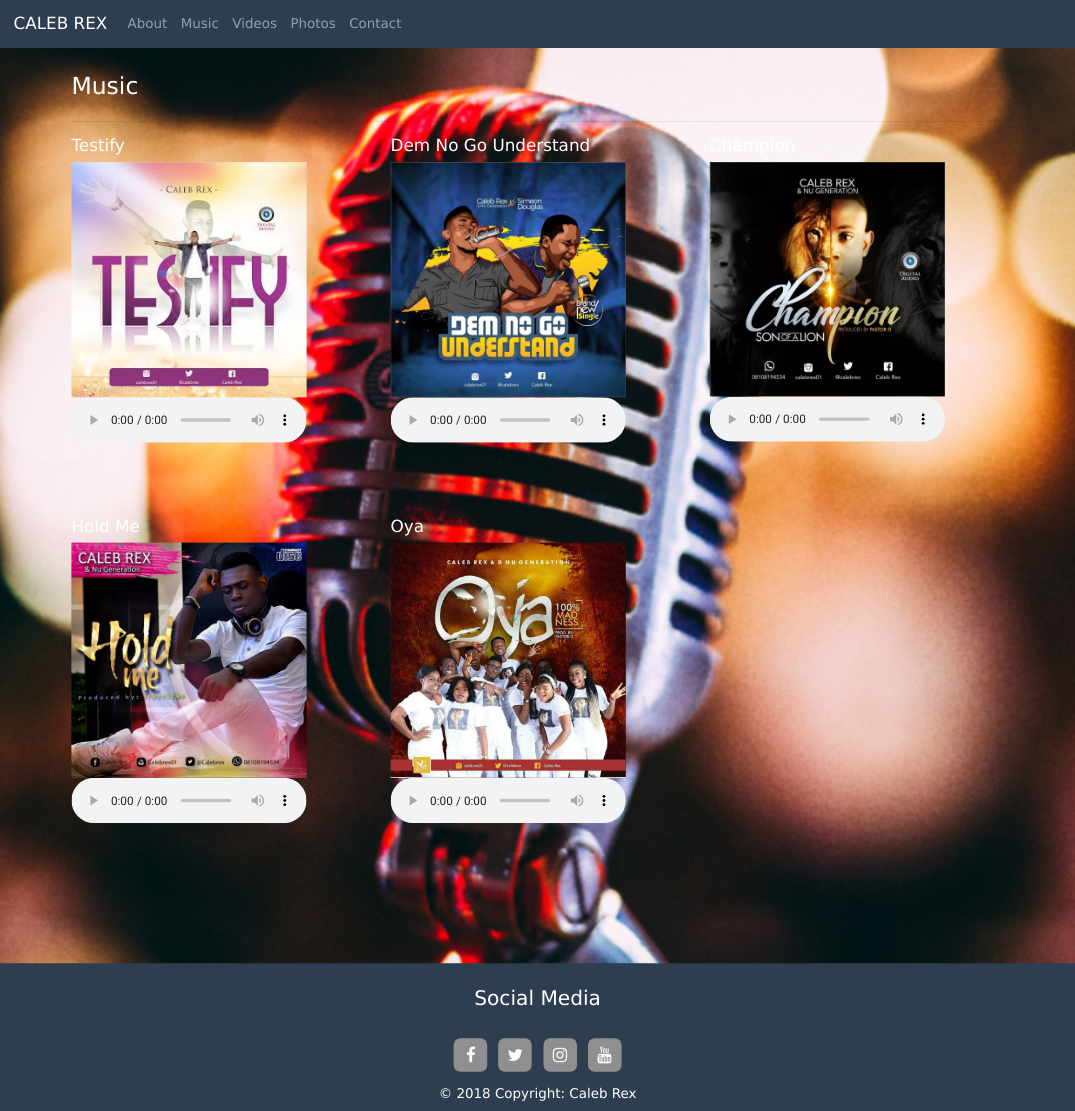
Repository: IchaTreasure/caleb-rex
Page: music.html
The author's editor kept a record of every edit. The page is drawn from the files as they stood at one moment, then again after the next edit.
The browser window is 1280 px wide. The pictures show the whole page, at 84% of full size.
Some web libraries are served in a nearby version.

Above is the page before.

### music.html
<!DOCTYPE html>
<html lang="en">

<head>
  <meta charset="UTF-8">
  <meta name="viewport" content="width=device-width, initial-scale=1.0">
  <meta http-equiv="X-UA-Compatible" content="ie=edge">
  <link rel="stylesheet" href="https://maxcdn.bootstrapcdn.com/bootstrap/4.1.3/css/bootstrap.min.css">
  <link rel="stylesheet" href="https://use.fontawesome.com/releases/v5.6.1/css/all.css" integrity="sha384-gfdkjb5BdAXd+lj+gudLWI+BXq4IuLW5IT+brZEZsLFm++aCMlF1V92rMkPaX4PP" crossorigin="anonymous">
  <link rel="stylesheet" href="https://stackpath.bootstrapcdn.com/bootstrap/4.3.1/css/bootstrap.min.css" type="text/css" />
  <link rel="stylesheet" href="https://stackpath.bootstrapcdn.com/font-awesome/4.7.0/css/font-awesome.min.css" type="text/css" />
  <link rel="stylesheet" href="https://cdnjs.cloudflare.com/ajax/libs/hover.css/2.3.1/css/hover-min.css" type="text/css" />
  <link href="https://fonts.googleapis.com/css?family=Roboto:400,700" rel="stylesheet">
  <link rel="stylesheet" href="css/style.css" type="text/css" />
  <title>Caleb Rex</title>
</head>

<body style="background-color: #2c3e50">
  <!-- ------------------------------------------------------------------------------------------------------Navigation Bar -->
  <nav class="navbar navbar-expand-md navbar-dark fixed-top" style="background-color: #2c3e50">
    <a class="navbar-brand" href="index.html">CALEB REX</a>
    <button class="navbar-toggler" type="button" data-toggle="collapse" data-target="#navbarsExampleDefault" aria-controls="navbarsExampleDefault" aria-expanded="false" aria-label="Toggle navigation">
    <span class="navbar-toggler-icon"></span>
  </button>

    <div class="collapse navbar-collapse" id="navbarsExampleDefault">
      <ul class="navbar-nav mr-auto">
        <li class="nav-item right" data-toggle="collapse" data-target=".navbar-collapse.show">
          <a class="nav-link" href="about.html">About</a>
        </li>
        <li class="nav-item right" data-toggle="collapse" data-target=".navbar-collapse.show">
          <a class="nav-link" href="music.html">Music</a>
        </li>
        <li class="nav-item right" data-toggle="collapse" data-target=".navbar-collapse.show">
          <a class="nav-link" href="videos.html">Videos</a>
        </li>
        <li class="nav-item right" data-toggle="collapse" data-target=".navbar-collapse.show">
          <a class="nav-link" href="photos.html">Photos</a>
        </li>
        <li class="nav-item right" data-toggle="collapse" data-target=".navbar-collapse.show">
          <a class="nav-link" href="contact.html">Contact</a>
        </li>
      </ul>
    </div>
  </nav>


  <!-- Music section -->
  <section style="background-color: #bc3636; background-image: url('images/music.jpg'); Width: 100%; padding-bottom: 80px;">
    <!-- Page Content -->
    <div class="container" Style="padding-top: 30px">
      <div class="row">
        <h3 style="padding-left: 15px; color: white;">Music</h3>
      </div>
      <hr>
      <div class="row">
        <div class="col-sm-4" Style="padding-bottom: 80px">
          <h5 class="uppercase general-sub" style="color: white">Testify</h5>
          <img src="images/Testify.jpg" Style="Width: 80%"></img>
          <audio controls Style="Width: 80%">
                      <source src="Music/Testify.mp3" type="audio/mpeg">
                    Your browser does not support the audio element.
                    </audio>
        </div>
        <div class="col-sm-4" Style="padding-bottom: 80px">
          <h5 class="uppercase general-sub" style="color: white">Dem No Go Understand</h5>
          <img src="images/Understand.jpg" Style="Width: 80%"></img>
          <audio controls Style="Width: 80%">
                      <source src="Music/Understand.mp3" type="audio/mpeg">
                    Your browser does not support the audio element.
                    </audio>
        </div>
        <div class="col-sm-4" Style="padding-bottom: 80px">
          <h5 class="uppercase general-sub" style="color: white">Champion</h5>
          <img src="images/Champion.jpg" Style="Width: 80%"></img>
          <audio controls Style="Width: 80%">
                      <source src="Music/Champion.mp3" type="audio/mpeg">
                    Your browser does not support the audio element.
                    </audio>
        </div>
      </div>
      <div class="row">
        <div class="col-sm-4" Style="padding-bottom: 80px">
          <h5 class="uppercase general-sub" style="color: white">Hold Me</h5>
          <img src="images/Hold.jpg" Style="Width: 80%"></img>
          <audio controls Style="Width: 80%">
                      <source src="Music/Hold.mp3" type="audio/mpeg">
                    Your browser does not support the audio element.
                    </audio>
        </div>
        <div class="col-sm-4" Style="padding-bottom: 80px">
          <h5 class="uppercase general-sub" style="color: white">Oya</h5>
          <img src="images/Oya.jpg" Style="Width: 80%"></img>
          <audio controls Style="Width: 80%">
                      <source src="Music/Oya.mp3" type="audio/mpeg">
                    Your browser does not support the audio element.
                    </audio>
        </div>
      </div>
    </div>
  </section>

  <!-- Footer -->
  <footer class="py-1" style="background-color: #2c3e50; text-align: center;">
    <div class="container">
      <br>
      <h4 style = "color: white">Social Media</h4>
      <br>
      <ul class="list-inline social-links">
        <li class="list-inline-item">
          <a target="_blank" href="https://www.facebook.com/caleb.rex.96"><i class = " fa fa-facebook" aria-hidden="true"></i><span class = "sr-only">Facebook</span></a>
        </li>
        <li class="list-inline-item">
          <a target="_blank" href="https://twitter.com/calebrex01"><i class = " fa fa-twitter" aria-hidden="true"></i><span class = "sr-only">Twitter</span></a>
        </li>
        <li class="list-inline-item">
          <a target="_blank" href="https://www.instagram.com/caleb.rex01/"><i class = " fa fa-instagram" aria-hidden="true"></i><span class = "sr-only">Instagram</span></a>
        </li>
        <li class="list-inline-item">
          <a target="_blank" href="https://www.youtube.com/channel/UC_B7e65upco510Sio9dZJhg"><i class = " fa fa-youtube" aria-hidden="true"></i><span class = "sr-only">Youtube</span></a>
        </li>
      </ul>
    </div>

    <h6 style="text-align: center; color: white;">© 2018 Copyright: Caleb Rex</h6>
    <!-- /.container -->
  </footer>
  <!-- Bootstrap core JavaScript -->
  <script src="https://code.jquery.com/jquery-3.3.1.slim.min.js" integrity="sha384-q8i/X+965DzO0rT7abK41JStQIAqVgRVzpbzo5smXKp4YfRvH+8abtTE1Pi6jizo" crossorigin="anonymous"></script>
  <script src="https://cdnjs.cloudflare.com/ajax/libs/popper.js/1.14.7/umd/popper.min.js" integrity="sha384-UO2eT0CpHqdSJQ6hJty5KVphtPhzWj9WO1clHTMGa3JDZwrnQq4sF86dIHNDz0W1" crossorigin="anonymous"></script>
  <script src="https://stackpath.bootstrapcdn.com/bootstrap/4.3.1/js/bootstrap.min.js" integrity="sha384-JjSmVgyd0p3pXB1rRibZUAYoIIy6OrQ6VrjIEaFf/nJGzIxFDsf4x0xIM+B07jRM" crossorigin="anonymous"></script>
</body>

</html>

### css/style.css
/*---------------------------- css for body */
body {
  font-family: 'Lucida Grande', sans-serif;
  padding-top: 56px;
}

ul li a .active-page
{
  background-color:black;
}

p{
	color: white;
}

h1, h2, h3, h4, h5, h6 {
	color: white;
}

label{
	color: white;
}

/*----------------------------------------- Modal Styling */
.modal-body{
    color: #615650;
    text-align: center;
}

.modal-content{
    background-color: #dbc7bd;
    padding: 20px;
}

.img-hover:hover{
    cursor: pointer;
    opacity: 0.6;
    transition: all 0.35s ease-in-out;
    -moz-transition: all 0.35s ease-in-out;
    -webkit-transition: all 0.35s ease-in-out;
    -o-transition: all 0.35s ease-in-out;
}

/*---------------------------- css for contact form*/
.form-style-1 {
	margin:10px auto;
	max-width: 400px;
	padding: 20px 12px 10px 20px;
	font: 13px "Lucida Sans Unicode", "Lucida Grande", sans-serif;
}
.form-style-1 li {
	padding: 0;
	display: block;
	list-style: none;
	margin: 10px 0 0 0;
}
.form-style-1 label{
	margin:0 0 3px 0;
	padding:0px;
	display:block;
	font-weight: bold;
}
.form-style-1 input[type=text],
.form-style-1 input[type=date],
.form-style-1 input[type=datetime],
.form-style-1 input[type=number],
.form-style-1 input[type=search],
.form-style-1 input[type=time],
.form-style-1 input[type=url],
.form-style-1 input[type=email],
textarea,
select{
	box-sizing: border-box;
	-webkit-box-sizing: border-box;
	-moz-box-sizing: border-box;
	border:1px solid #BEBEBE;
	padding: 7px;
	margin:0px;
	-webkit-transition: all 0.30s ease-in-out;
	-moz-transition: all 0.30s ease-in-out;
	-ms-transition: all 0.30s ease-in-out;
	-o-transition: all 0.30s ease-in-out;
	outline: none;
}

.form-style-1 input[type=text]:focus,
.form-style-1 input[type=date]:focus,
.form-style-1 input[type=datetime]:focus,
.form-style-1 input[type=number]:focus,
.form-style-1 input[type=search]:focus,
.form-style-1 input[type=time]:focus,
.form-style-1 input[type=url]:focus,
.form-style-1 input[type=email]:focus,
.form-style-1 textarea:focus,
.form-style-1 select:focus{
	-moz-box-shadow: 0 0 8px #88D5E9;
	-webkit-box-shadow: 0 0 8px #88D5E9;
	box-shadow: 0 0 8px #88D5E9;
	border: 1px solid #88D5E9;
}

.form-style-1 .field-divided{
	width: 49%;
}

.form-style-1 .field-long{
	width: 100%;
}
.form-style-1 .field-select{
	width: 100%;
}
.form-style-1 .field-textarea{
	height: 100px;
}
.form-style-1 input[type=submit], .form-style-1 input[type=button]{
	background: #4B99AD;
	padding: 8px 15px 8px 15px;
	border: none;
	color: #fff;
}

.form-style-1 input[type=submit]:hover, .form-style-1 input[type=button]:hover{
	background: #4691A4;
	box-shadow:none;
	-moz-box-shadow:none;
	-webkit-box-shadow:none;
}

.form-style-1 .required{
	color:red;
}

/*---------------------------- css for footer*/
footer {
  background-color: #7D0D11;
  color: black;
}

.social-links li a i {
  width: 40px;
  height: 40px;
  padding: 10px;
  border-radius: 20%;
  font-size: 20px;
  line-height: 20px;
  text-align: center;
  color: #fafafa;
  background: #8f8f8f;
  transition: all 0.35s ease-in-out;
  -moz-transition: all 0.35s ease-in-out;
  -webkit-transition: all 0.35s ease-in-out;
  -o-transition: all 0.35s ease-in-out;
}

.social-links li a i:hover {
  background: black;
}

After the next edit:
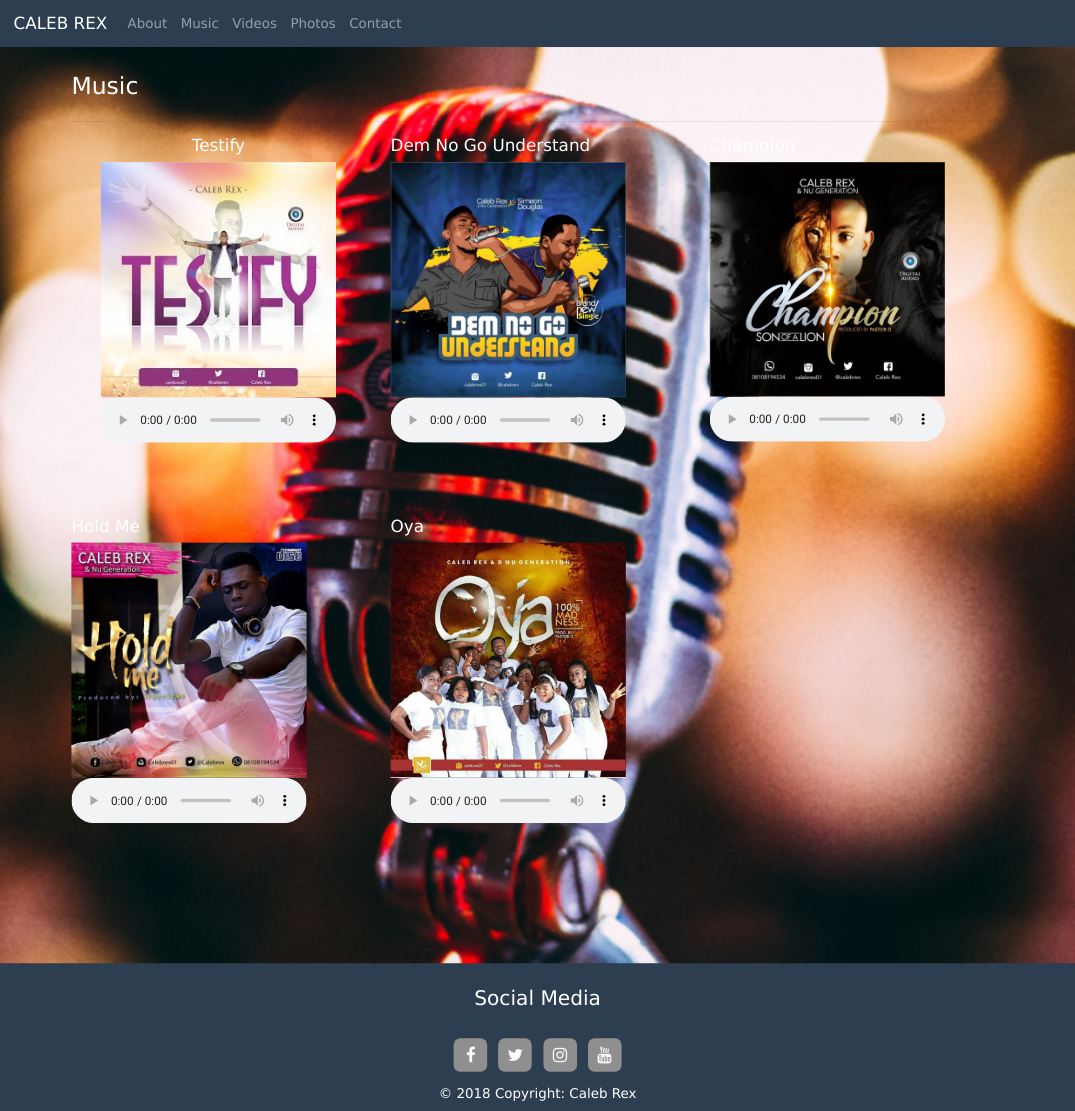
The edit:
--- a/music.html
+++ b/music.html
@@ -54,7 +54,7 @@
       </div>
       <hr>
       <div class="row">
-        <div class="col-sm-4" Style="padding-bottom: 80px">
+        <div class="col-sm-4" Style="padding-bottom: 80px; text-align: center;">
           <h5 class="uppercase general-sub" style="color: white">Testify</h5>
           <img src="images/Testify.jpg" Style="Width: 80%"></img>
           <audio controls Style="Width: 80%">
